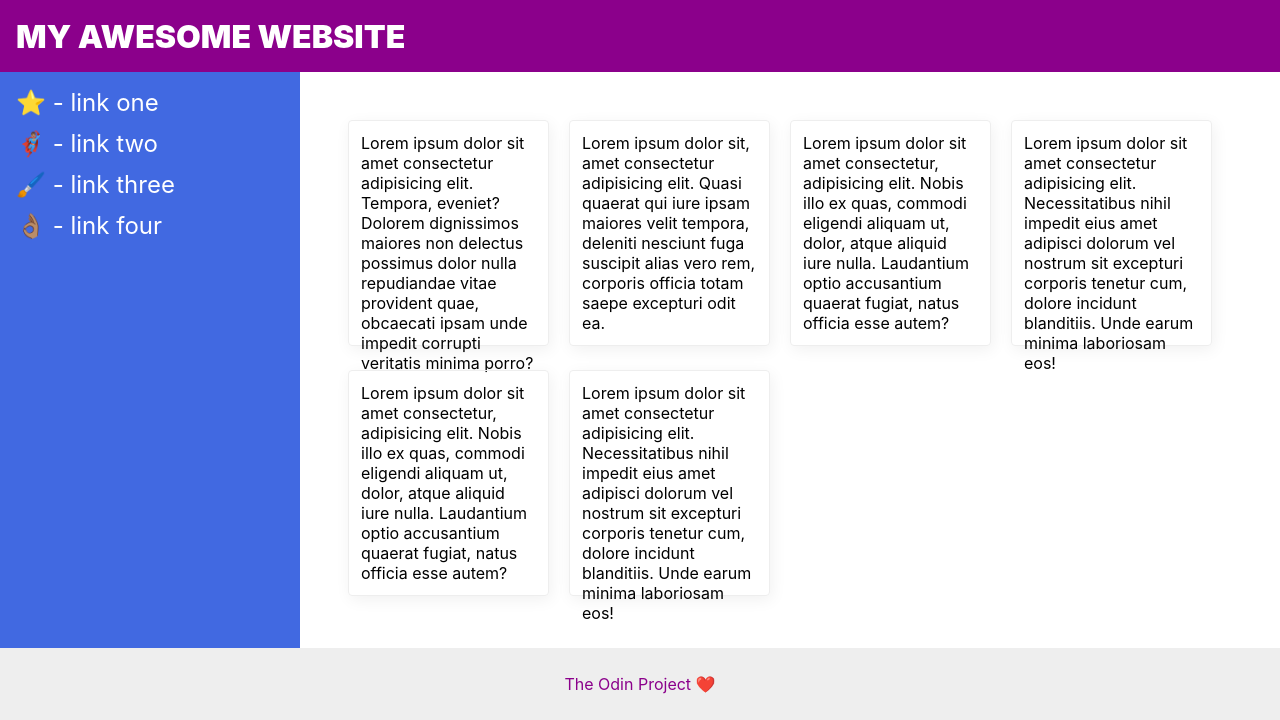
Repository: bbrockbrown/css-exercises
Page: flex/07-flex-layout-2/index.html
These files come from the project's save history. The page is drawn as it stood at one moment and after the next save; the edit follows.
The browser window is 1280 px wide. The pictures show the whole page.

Above is the page before, as saved 2024-07-22 18:59:44.

### flex/07-flex-layout-2/index.html
<!DOCTYPE html>
<html lang="en">
  <head>
    <meta charset="UTF-8">
    <meta http-equiv="X-UA-Compatible" content="IE=edge">
    <meta name="viewport" content="width=device-width, initial-scale=1.0">
    <title>The Holy Grail</title>
    <link rel="stylesheet" href="style.css">
  </head>
  <body>

    <div class="header">
      MY AWESOME WEBSITE
    </div>

    <div class="content-container">
      <div class="sidebar">
        <ul>
          <li><a href="#">⭐ - link one</a></li>
          <li><a href="#">🦸🏽‍♂️ - link two</a></li>
          <li><a href="#">🖌️ - link three</a></li>
          <li><a href="#">👌🏽 - link four</a></li>
        </ul>
      </div>

      <div class="card-container">
        <div class="card">Lorem ipsum dolor sit amet consectetur adipisicing elit. Tempora, eveniet? Dolorem dignissimos maiores non delectus possimus dolor nulla repudiandae vitae provident quae, obcaecati ipsam unde impedit corrupti veritatis minima porro?</div>
        <div class="card">Lorem ipsum dolor sit, amet consectetur adipisicing elit. Quasi quaerat qui iure ipsam maiores velit tempora, deleniti nesciunt fuga suscipit alias vero rem, corporis officia totam saepe excepturi odit ea.</div>
        <div class="card">Lorem ipsum dolor sit amet consectetur, adipisicing elit. Nobis illo ex quas, commodi eligendi aliquam ut, dolor, atque aliquid iure nulla. Laudantium optio accusantium quaerat fugiat, natus officia esse autem?</div>
        <div class="card">Lorem ipsum dolor sit amet consectetur adipisicing elit. Necessitatibus nihil impedit eius amet adipisci dolorum vel nostrum sit excepturi corporis tenetur cum, dolore incidunt blanditiis. Unde earum minima laboriosam eos!</div>
        <div class="card">Lorem ipsum dolor sit amet consectetur, adipisicing elit. Nobis illo ex quas, commodi eligendi aliquam ut, dolor, atque aliquid iure nulla. Laudantium optio accusantium quaerat fugiat, natus officia esse autem?</div>
        <div class="card">Lorem ipsum dolor sit amet consectetur adipisicing elit. Necessitatibus nihil impedit eius amet adipisci dolorum vel nostrum sit excepturi corporis tenetur cum, dolore incidunt blanditiis. Unde earum minima laboriosam eos!</div>
      </div>

      <div class="empty-right">
        <!-- Placeholder -->
      </div>

    </div>


    <div class="footer">
      The Odin Project ❤️
    </div>

  </body>
</html>

### flex/07-flex-layout-2/style.css
body {
  font-family: -apple-system, BlinkMacSystemFont, 'Segoe UI', Roboto, Oxygen, Ubuntu, Cantarell, 'Open Sans', 'Helvetica Neue', sans-serif;
  margin: 0;
  min-height: 100vh;
  display: flex;
  flex-direction: column;
}

.header {
  height: 72px;
  background: darkmagenta;
  color: white;
  display: flex;
  align-items: center;
  padding-left: 16px;
  font-size: 32px;
  font-weight: 900;
}

.footer {
  height: 72px;
  background: #eee;
  color: darkmagenta;
  display: flex;
  justify-content: center;
  align-items: center;
}

.content-container {
  display: flex;
  flex: 1;
}

.sidebar {
  width: 300px;
  background: royalblue;
  box-sizing: border-box;
  display: flex;
  flex-direction: column;
  flex-shrink: 0;
  padding: 16px;
}

.card-container {
  display: flex;
  padding: 48px;
  flex-wrap: wrap;
  gap: 20px;
}

.card {
  border: 1px solid #eee;
  box-shadow: 2px 4px 16px rgba(0,0,0,.06);
  border-radius: 4px;
  height: 200px;
  width: 175px;
  padding: 12px;
  flex-shrink: 0;
}

.empty-right {
  display: flex;
  flex: 1;
  width: 200px;
  flex-shrink: 0;
}

ul {
  list-style: none;
  padding: 0;
  margin: 0;

}

li {
  margin-bottom: 12px;
}

a {
  text-decoration: none;
  color: white;
  font-size: 24px;
}

After the next save:
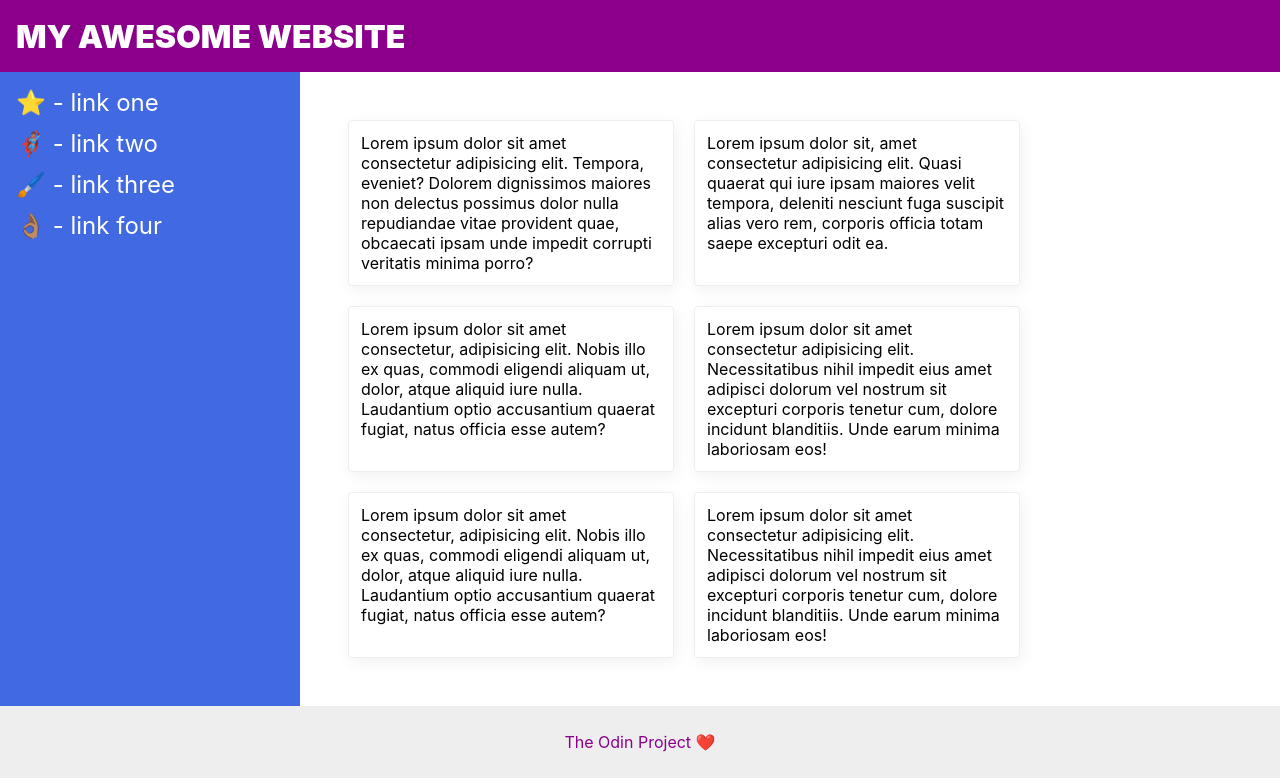
Saved 68 s later.
--- a/flex/07-flex-layout-2/style.css
+++ b/flex/07-flex-layout-2/style.css
@@ -52,8 +52,7 @@ body {
   border: 1px solid #eee;
   box-shadow: 2px 4px 16px rgba(0,0,0,.06);
   border-radius: 4px;
-  height: 200px;
-  width: 175px;
+  width: 300px;
   padding: 12px;
   flex-shrink: 0;
 }
